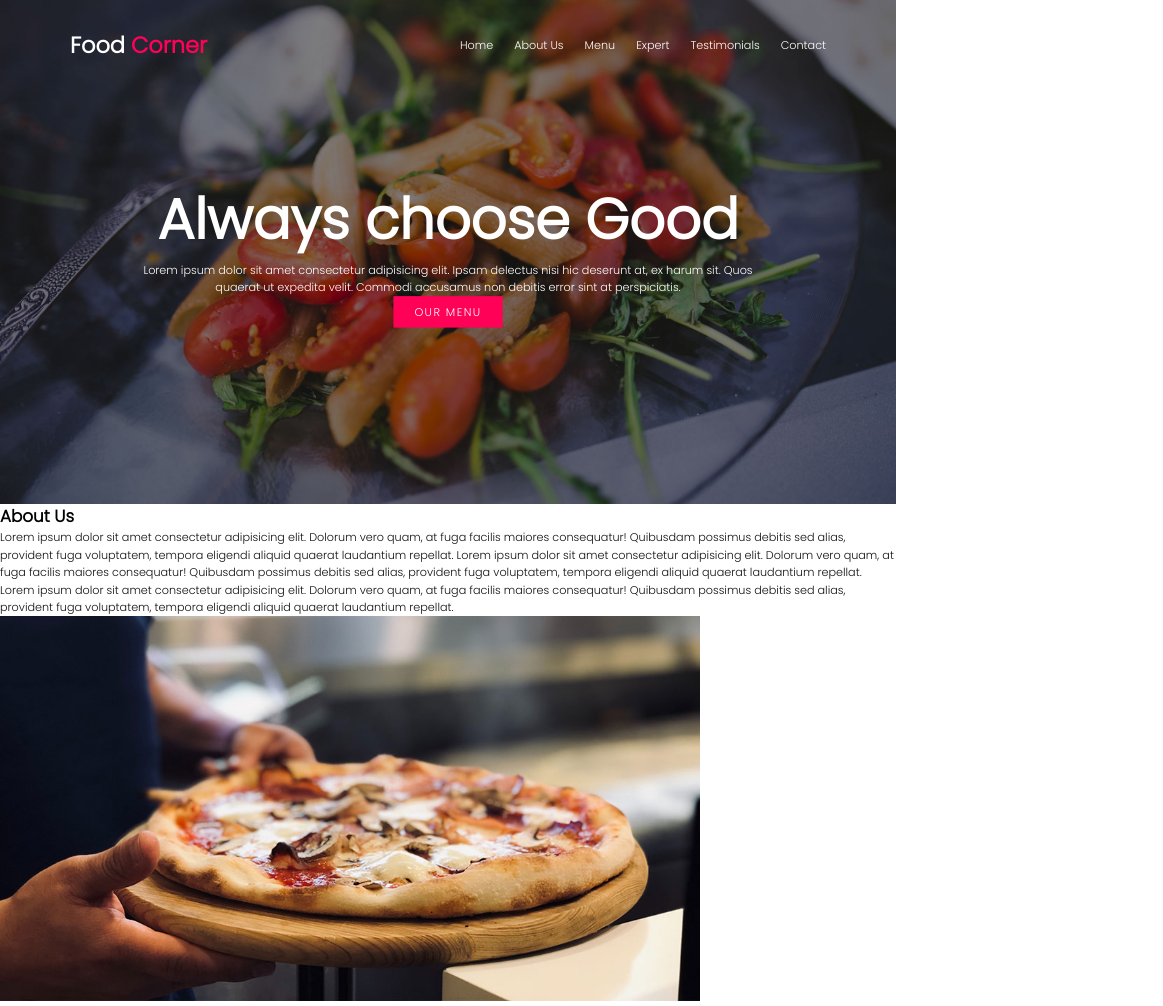
Repository: Adriandias1997/MobileFriendly_FoodWebsite
Page: index.html
The author's editor kept a copy of each file at every save. The page is drawn from the files as they stood at one save, then again after the next save.
The browser window is 1280 px wide. The page is 1280 px wide, then 1662 px, so the pictures cover 1662 px, including what lies to the right of the window. The pictures show the whole page, at 70% of full size.

Above is the page before, as saved 2020-10-16 12:12:05.

After the next save:
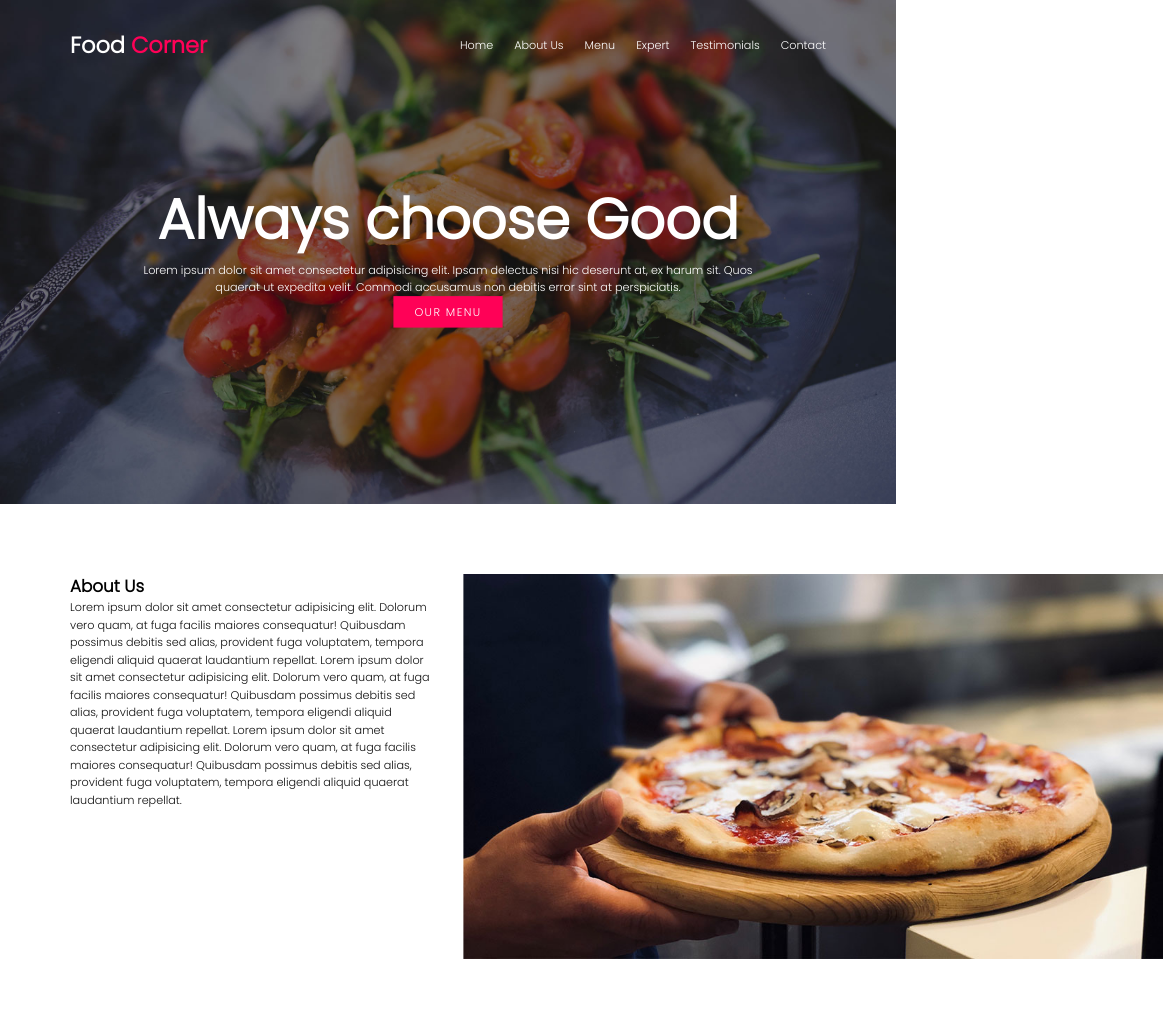
Saved 81 s later.
--- a/style.css
+++ b/style.css
@@ -118,3 +118,19 @@ header.sticky .navigation li a {
 header .navigation li a:hover {
     color: #ff0157;
 }
+
+section {
+    padding: 100px;
+}
+
+.row {
+    position: relative;
+    width: 100%;
+    display: flex;
+    justify-content: space-between;
+}
+
+.row .col50 {
+    position: relative;
+    width: 48%;
+}
